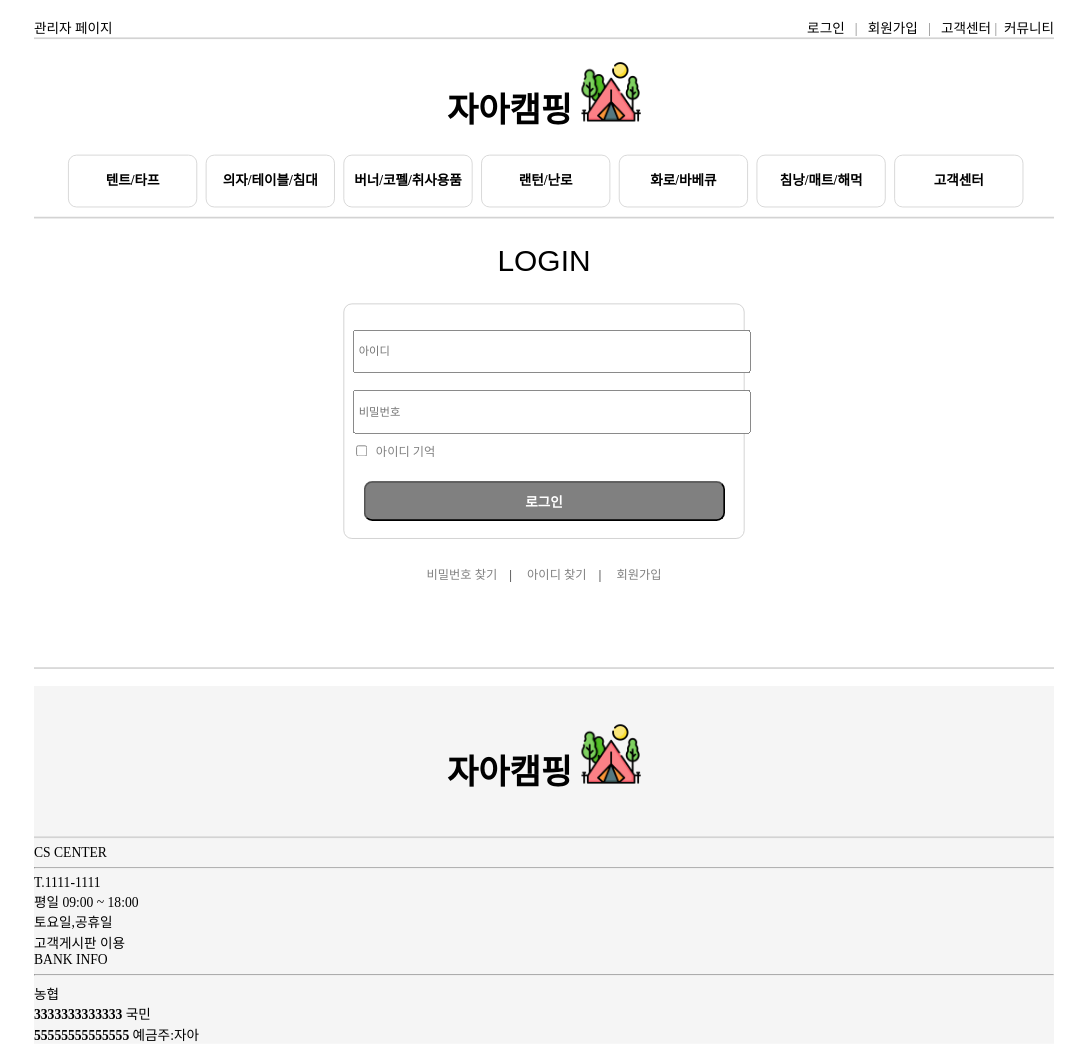
Repository: JJang-Ah/JSP-shoping-mall-project
Page: http://localhost/JaAhCamping/logon/memberLoginForm.jsp
An editor plug-in stored every save of this project. The page is shown before and after the next save, followed by the edit.
The browser window is 1280 px wide. The pictures show the whole page, at 85% of full size.
Some web fonts or font styles are not loaded; a fallback is used. The page is served by Tomcat 9.

Above is the page before, as saved 2022-06-12 13:54:08.

After the next save:
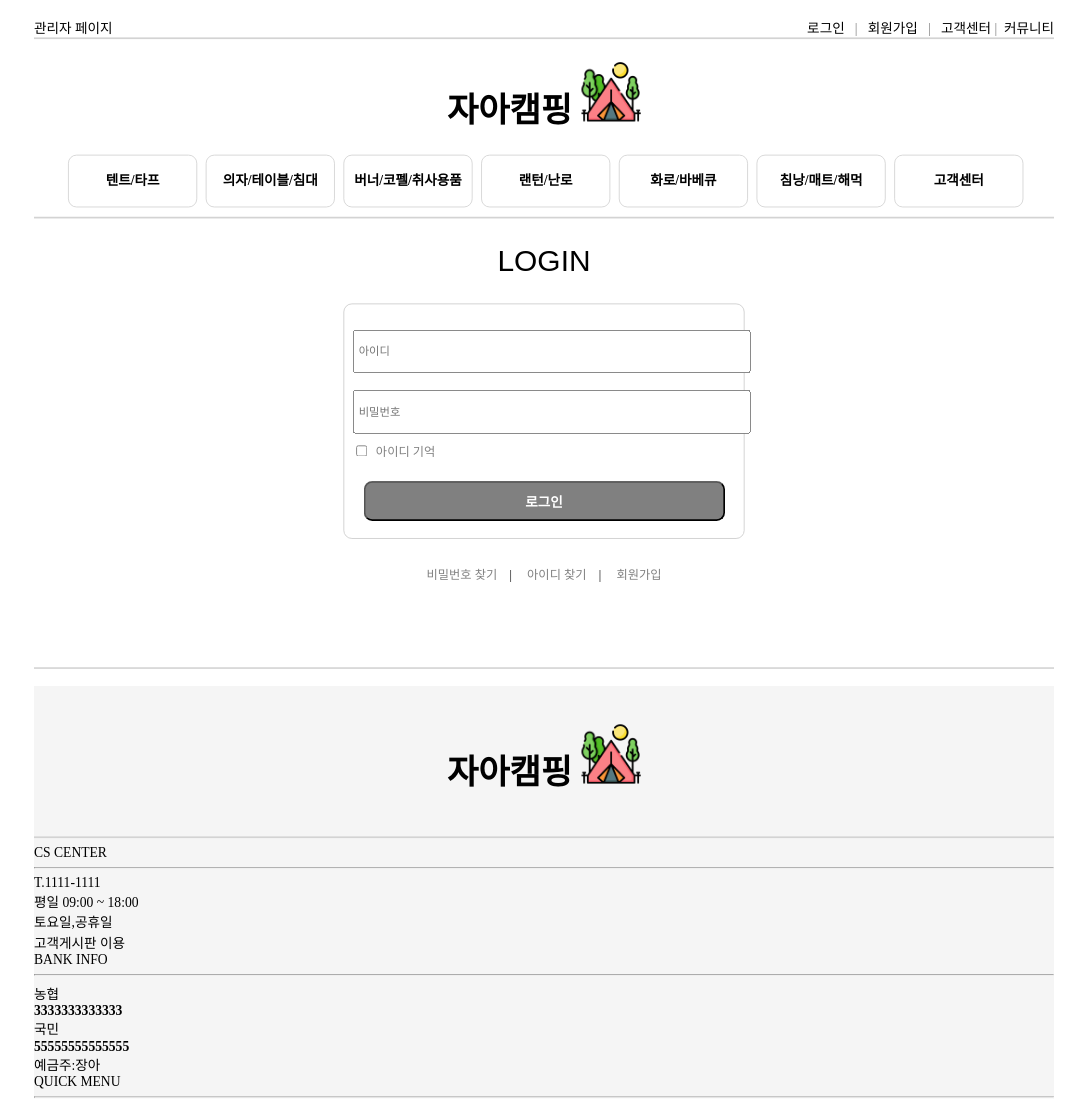
Saved 116 s later.
--- a/JaAhCamping/WebContent/mall/shopBottom.jsp
+++ b/JaAhCamping/WebContent/mall/shopBottom.jsp
@@ -30,13 +30,18 @@
 		<hr>
 		<span>
 		농협 <br>
-		<b>3333333333333</b>
+		<b>3333333333333</b><br>
 		국민<br>
-		<b>55555555555555</b>
-		예금주:자아
+		<b>55555555555555</b><br>
+		예금주:장아
 		</span>
+	</div>
+	<div>
+		<span>QUICK MENU</span>
+		<hr>
+		<div>
 
-
+		</div>
 	</div>
 
 
